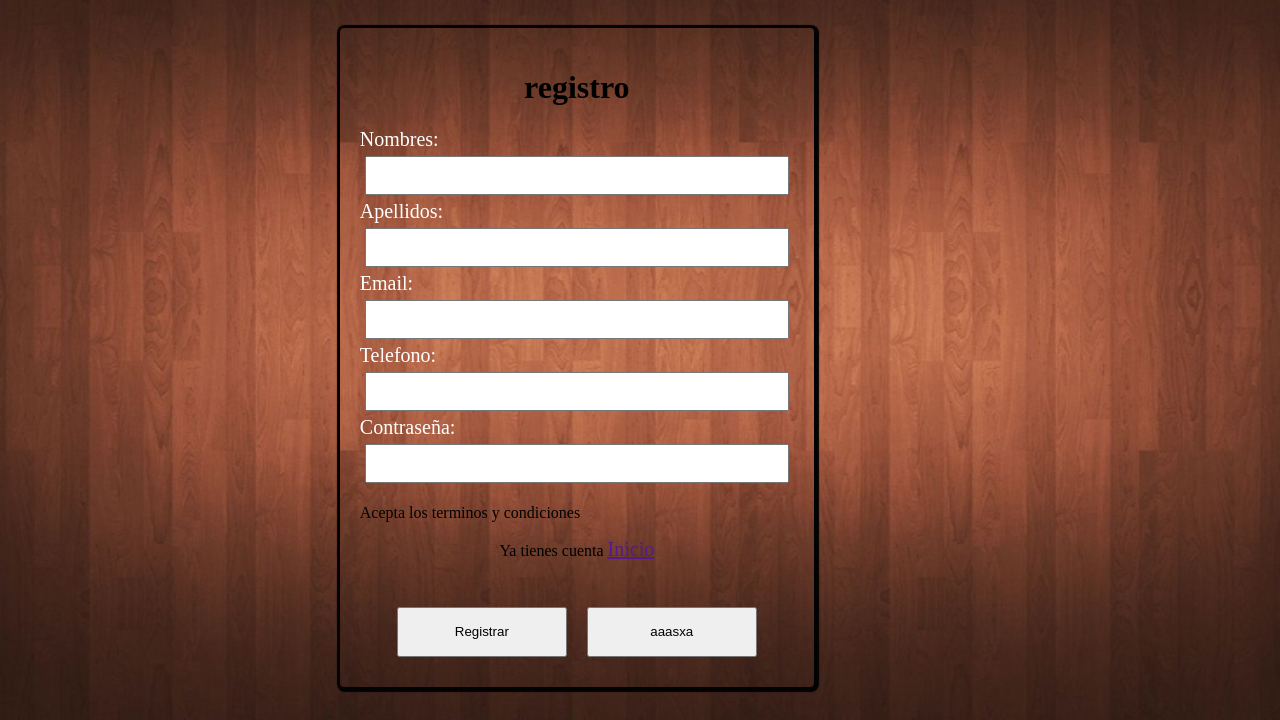
Repository: ye909/aplicacion_restaurante
Page: public/templeis/registro.html
These files come from the project's save history. The page is drawn as it stood at one moment and after the next save; the edit follows.
The browser window is 1280 px wide. The pictures show the whole page.

Above is the page before, as saved 2024-11-12 21:57:44.

After the next save:
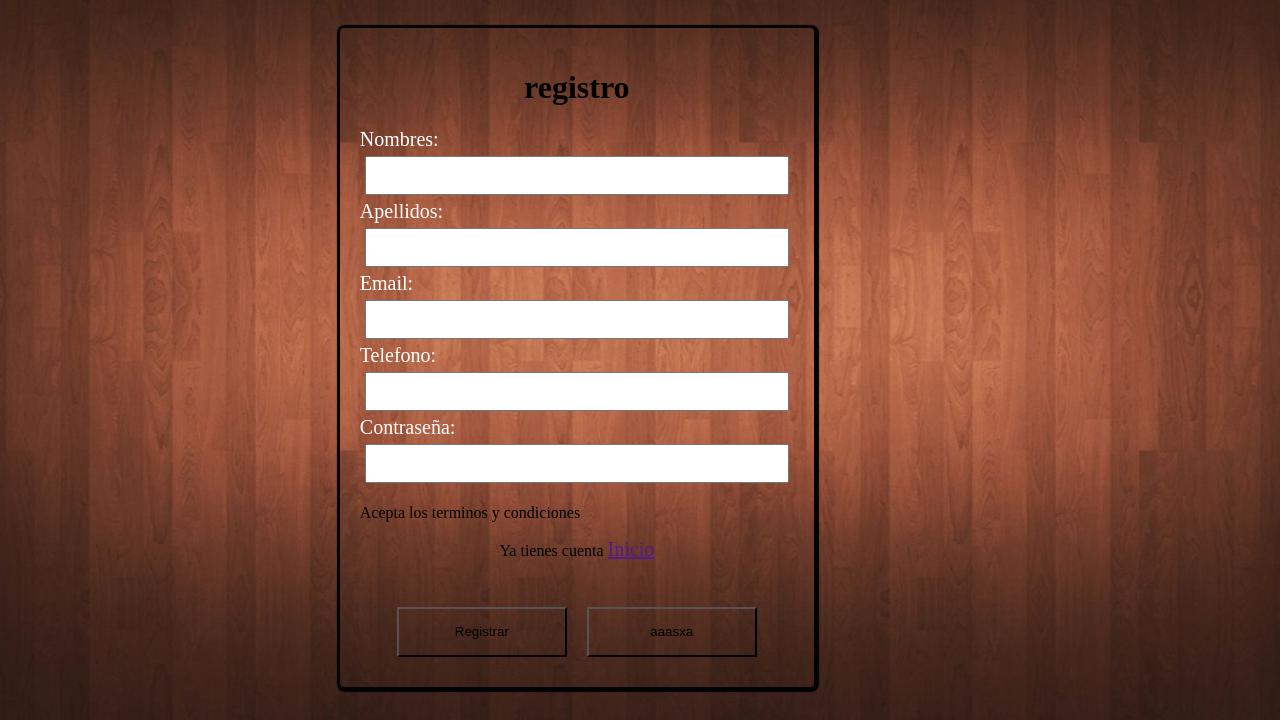
Saved 21 s later.
--- a/public/css/registro.css
+++ b/public/css/registro.css
@@ -37,6 +37,7 @@ button{
     width: 170px;
     height: 50px;
     margin: 10px;
+    background:transparent;
 }
 input{
     padding: 10px;
